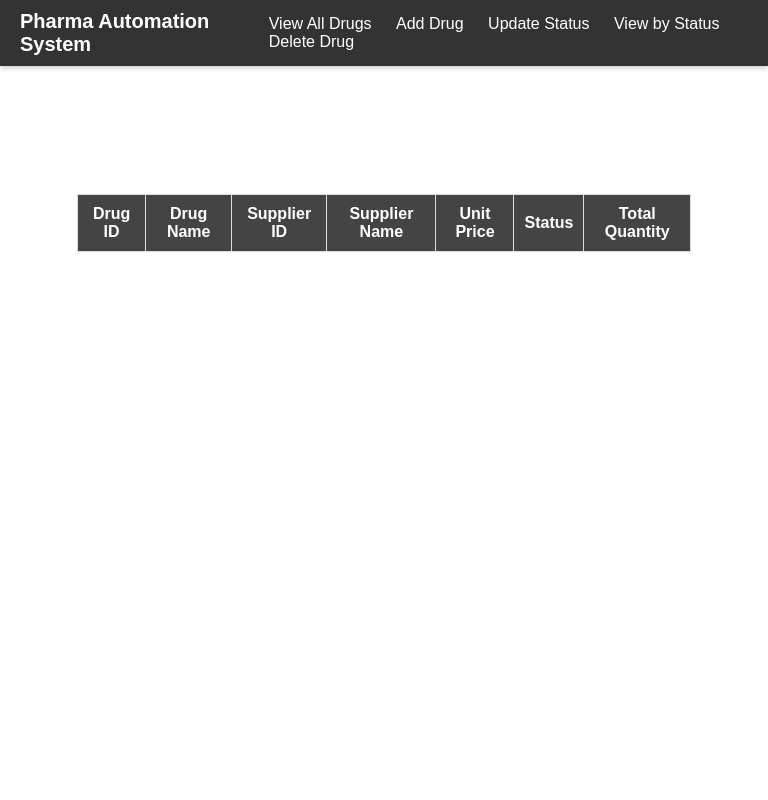
Repository: Clarrieous/Infosys-intern
Page: http://localhost/druglist
These files come from the project's save history. The page is drawn as it stood at one moment and after the next save; the edit follows.
The browser window is 768 px wide. The pictures show the whole page.
The page is this project's Thymeleaf template; nobody is signed in. The template is opened directly, without the code that normally fills it, so the values that code supplies are empty.

Above is the page before, as saved 2024-12-09 09:10:42.

### ClientService/src/main/resources/templates/druglist.html
<!DOCTYPE html>
<html xmlns:th="http://www.thymeleaf.org">
<head>
    <meta charset="UTF-8">
    <meta name="viewport" content="width=device-width, initial-scale=1.0">
    <title>Drugs List</title>
    <style>
        body {
            font-family: Arial, sans-serif;
            background-color: rgb(255, 255, 255);
            margin: 0;
            padding: 0;
        }
        .navbar {
            background-color: rgba(0, 0, 0, 0.8);
            color: white;
            padding: 10px 20px;
            display: flex;
            justify-content: space-between;
            align-items: center;
            box-shadow: 0 2px 5px rgba(0, 0, 0, 0.2);
        }
        .navbar h1 {
            margin: 0;
            font-size: 20px;
        }
        .navbar a {
            color: white;
            text-decoration: none;
            margin-left: 20px;
        }
        .navbar a:hover {
            color: #4CAF50;
        }
        .table-container {
            width: 80%;
            margin: 40px auto;
            background-color: rgb(255, 255, 255);
            padding: 20px;
            border-radius: 8px;
            color: white;
        }
        table {
            width: 100%;
            border-collapse: collapse;
            text-align: center;
        }
        th, td {
            padding: 10px;
            border: 1px solid #ddd;
            text-align: center;
        }
        th {
            background-color: #444;
        }
        td {
            background-color: #555;
        }
    </style>
</head>
<body>
    <div class="navbar">
        <h1>Pharma Automation System</h1>
        <div>
            <a th:href="@{/viewAllDrugs}">View All Drugs</a>
            <a th:href="@{/addDrug}">Add Drug</a>
            <a th:href="@{/updateStatus}">Update Status</a>
            <a th:href="@{/viewDrugStatus}">View by Status</a>
            <a th:href="@{/deleteDrug}">Delete Drug</a>
        </div>
    </div>

    <div class="table-container">
        <h2>Drugs List</h2>
        <table>
            <thead>
                <tr>
                    <th>Drug ID</th>
                    <th>Drug Name</th>
                    <th>Supplier ID</th>
                    <th>Supplier Name</th>
                    <th>Unit Price</th>
                    <th>Status</th>
                    <th>Total Quantity</th>
                </tr>
            </thead>
            <tbody>
                <tr th:each="d : ${drugs}">
                    <td th:text="${d.drugId}">ID</td>
                    <td th:text="${d.drugName}">Name</td>
                    <td th:text="${d.supplierId}">Supplier ID</td>
                    <td th:text="${d.supplierName}">Supplier Name</td>
                    <td th:text="${d.unitPrice}">Unit Price</td>
                    <td th:text="${d.status}">Status</td>
                    <td th:text="${d.totalQuantity}">Total Quantity</td>
                </tr>
            </tbody>
        </table>
    </div>
</body>
</html>

After the next save:
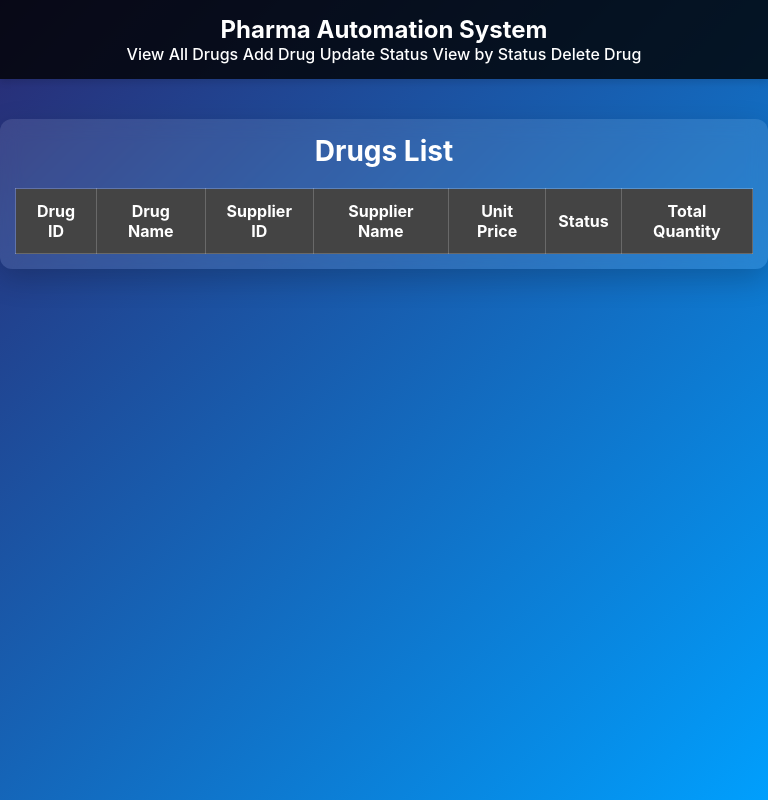
Saved 29 min 10 s later.
--- a/ClientService/src/main/resources/templates/druglist.html
+++ b/ClientService/src/main/resources/templates/druglist.html
@@ -5,56 +5,134 @@
     <meta name="viewport" content="width=device-width, initial-scale=1.0">
     <title>Drugs List</title>
     <style>
-        body {
-            font-family: Arial, sans-serif;
-            background-color: rgb(255, 255, 255);
+        :root {
+            --primary-color: #2a2a72;
+            --secondary-color: #009ffd;
+            --text-color: #ffffff;
+            --table-header-bg: #444;
+            --table-row-bg: #555;
+            --table-hover-bg: #666;
+            --accent-color: #4CAF50;
+        }
+
+        * {
             margin: 0;
             padding: 0;
+            box-sizing: border-box;
         }
+
+        body {
+            font-family: 'Inter', 'Arial', sans-serif;
+            background: linear-gradient(135deg, var(--primary-color), var(--secondary-color));
+            color: var(--text-color);
+            min-height: 100vh;
+            display: flex;
+            flex-direction: column;
+        }
+
         .navbar {
             background-color: rgba(0, 0, 0, 0.8);
-            color: white;
-            padding: 10px 20px;
+            padding: 15px 20px;
             display: flex;
             justify-content: space-between;
             align-items: center;
-            box-shadow: 0 2px 5px rgba(0, 0, 0, 0.2);
+            box-shadow: 0 4px 6px rgba(0, 0, 0, 0.1);
         }
+
         .navbar h1 {
-            margin: 0;
-            font-size: 20px;
+            font-size: 24px;
         }
+
         .navbar a {
-            color: white;
+            color: var(--text-color);
             text-decoration: none;
             margin-left: 20px;
+            font-weight: 500;
+            transition: all 0.3s ease;
         }
+
         .navbar a:hover {
-            color: #4CAF50;
+            color: var(--accent-color);
+            transform: translateY(-3px);
         }
+
         .table-container {
-            width: 80%;
+            width: 90%;
             margin: 40px auto;
-            background-color: rgb(255, 255, 255);
             padding: 20px;
-            border-radius: 8px;
-            color: white;
+            background-color: rgba(255, 255, 255, 0.1);
+            border-radius: 12px;
+            backdrop-filter: blur(10px);
+            box-shadow: 0 10px 30px rgba(0, 0, 0, 0.2);
         }
+
+        .table-container h2 {
+            text-align: center;
+            margin-bottom: 20px;
+            color: var(--text-color);
+            font-size: 28px;
+        }
+
         table {
             width: 100%;
             border-collapse: collapse;
+            color: var(--text-color);
             text-align: center;
         }
+
         th, td {
-            padding: 10px;
-            border: 1px solid #ddd;
-            text-align: center;
+            padding: 12px;
+            border: 1px solid rgba(255, 255, 255, 0.2);
         }
+
         th {
-            background-color: #444;
+            background-color: var(--table-header-bg);
+            font-size: 16px;
         }
+
         td {
-            background-color: #555;
+            background-color: var(--table-row-bg);
+        }
+
+        tr:hover td {
+            background-color: var(--table-hover-bg);
+        }
+
+        @keyframes fadeIn {
+            0% {
+                opacity: 0;
+                transform: translateY(20px);
+            }
+            100% {
+                opacity: 1;
+                transform: translateY(0);
+            }
+        }
+
+        .table-container {
+            opacity: 0;
+            animation: fadeIn 0.6s ease forwards;
+        }
+
+        @media (max-width: 768px) {
+            .navbar {
+                flex-direction: column;
+                align-items: center;
+                text-align: center;
+            }
+
+            .navbar a {
+                margin: 10px 0;
+            }
+
+            .table-container {
+                width: 100%;
+                padding: 15px;
+            }
+
+            table {
+                font-size: 14px;
+            }
         }
     </style>
 </head>
